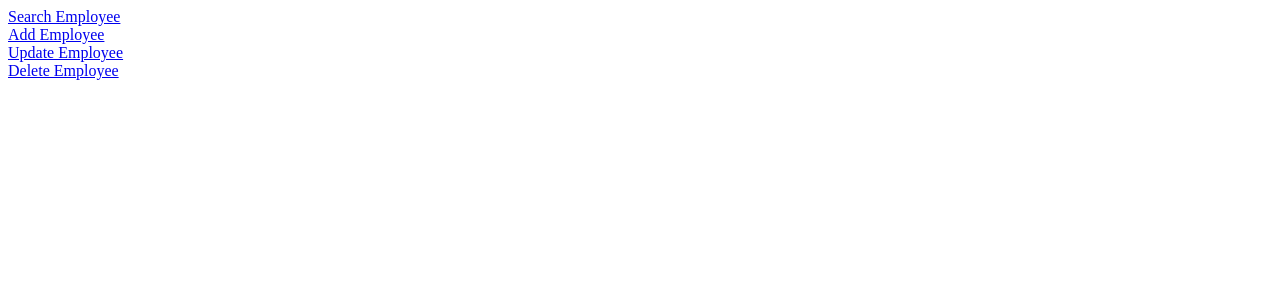
Repository: SagarPurumala/SagarPurumala_25_empwebapp
Page: empwebapp/src/main/webapp/homePage.html
An editor plug-in stored every save of this project. The page is shown before and after the next save, followed by the edit.
The browser window is 1280 px wide. The pictures show the whole page.

Above is the page before, as saved 2020-06-18 17:25:01.

After the next save:
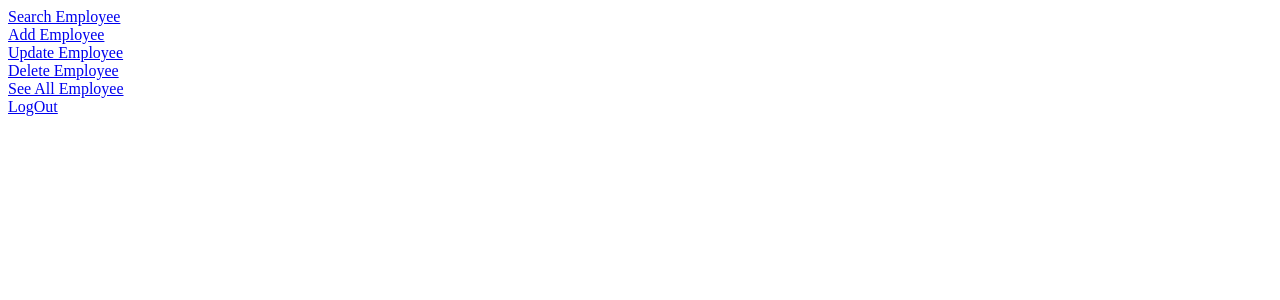
Saved 72 s later.
--- a/empwebapp/src/main/webapp/homePage.html
+++ b/empwebapp/src/main/webapp/homePage.html
@@ -9,5 +9,7 @@
      <a  href="./addEmployee.html">Add Employee</a><br>
      <a  href="./updateEmployee.html">Update Employee</a><br>
      <a  href="./deleteEmployee.html">Delete Employee</a><br>
+      <a  href="./seeAllEmployee.html">See All Employee</a><br>
+      <a  href="./logout.html"> LogOut</a><br>
 </body>
 </html>
